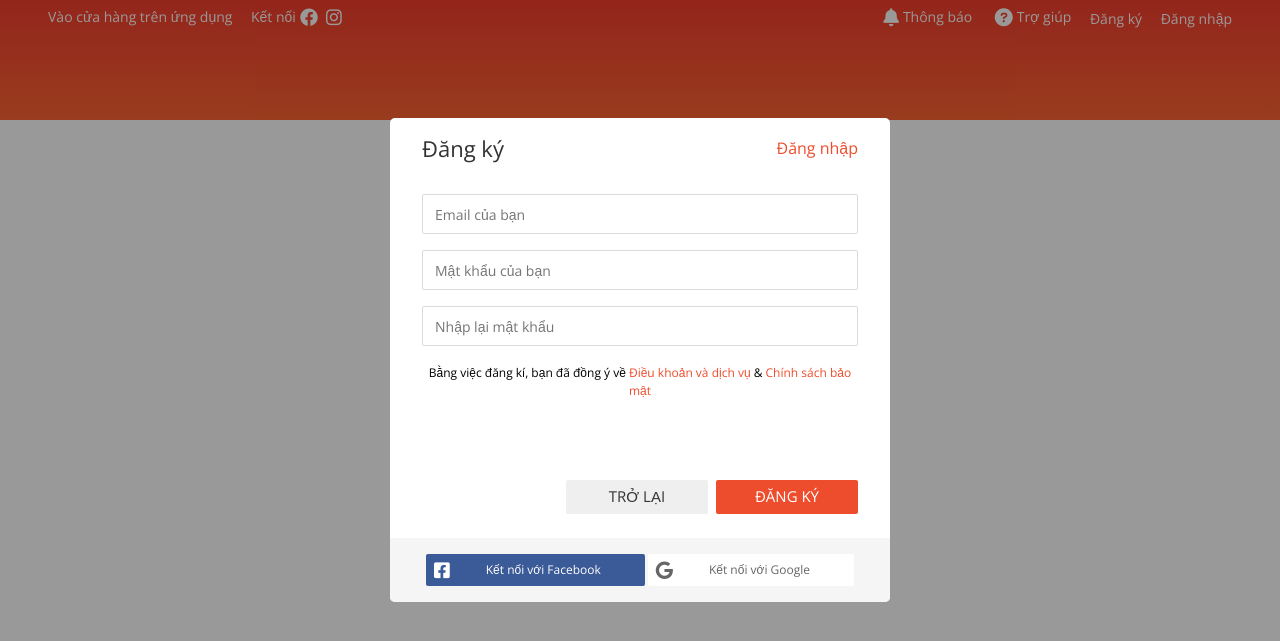
Repository: trongtamdev/Clone-Shopee-Page
Page: index.html
The author's editor kept a copy of each file at every save. The page is drawn from the files as they stood at one save, then again after the next save.
The browser window is 1280 px wide. The pictures show the whole page.

Above is the page before, as saved 2022-07-08 22:21:28.

### index.html
<!DOCTYPE html>
<html lang="en">

<head>
    <meta charset="UTF-8">
    <meta http-equiv="X-UA-Compatible" content="IE=edge">
    <meta name="viewport" content="width=device-width, initial-scale=1.0">
    <title>Document</title>
    <link rel="stylesheet" href="https://cdnjs.cloudflare.com/ajax/libs/normalize/8.0.1/normalize.min.css">
    <link rel="stylesheet" href="assets/css/base.css">
    <link rel="stylesheet" href="assets/css/main.css">
    <link rel="stylesheet" href="assets/fonts/fontawesome-free-6.1.1/css/all.min.css">
    <link href="https://fonts.googleapis.com/css2?family=Open+Sans:wght@300;400;500;700&display=swap" rel="stylesheet">
</head>
    <div class="app">
        <header class="header">
            <div class="grid">
                <nav class="header__navbar">
                    <ul class="header__navbar-list">
                        <li class="header__navbar-item header__navbar-item--has-qr">
                            Vào cửa hàng trên ứng dụng
                            <div class="header__qr">
                                <img src="assets/img/qr_code.png" alt="QR code" class="header__qr-img">
                                <div class="header__qr-apps">
                                    <a href="" class="header__qr-link">
                                        <img src="assets/img/google_play.png" alt="Google play" class="header__qr-download-img">
                                    </a>
                                    <a href="" class="header__qr-link">
                                        <img src="assets/img/app_store.png" alt="App store" class="header__qr-download-img">
                                    </a>
                                </div>
                            </div>
                        </li>
                        <li class="header__navbar-item">
                            <span class="header__navbar-title--no-pointer">Kết nối</span>
                            <a href="" class="header__navbar-icon-link">
                                <i class="header__navbar-icon fa-brands fa-facebook"></i>
                            </a>
                            <a href="" class="header__navbar-icon-link">
                                <i class="header__navbar-icon fa-brands fa-instagram"></i>
                            </a>
                        </li>
                    </ul>

                    <ul class="header__navbar-list">
                        <li class="header__navbar-item">
                            <a href="" class="header__navbar-item-link">
                                <i class="header__navbar-icon fa-solid fa-bell"></i>
                                Thông báo</a>
                        </li>

                        <li class="header__navbar-item">
                            <a href="" class="header__navbar-item-link">
                                <i class="header__navbar-icon fa-solid fa-circle-question"></i>
                                Trợ giúp</a>
                        </li>

                        <li class="header__navbar-item header__navbar-item--strong">Đăng ký</li>
                        <li class="header__navbar-item header__navbar-item--strong">Đăng nhập</li>
                    </ul>
                </nav>
            </div>

        </header>

        <div class="container">

        </div>

        <footer class="footer">

        </footer>
    </div>
    <div class="modal">
        <div class="modal__overlay">

        </div>
        <div class="modal__body">

            <!-- Auth form -->
            <div class="auth-form">
                <div class="auth-form__container">
                    <div class="auth-form__header">
                        <h3 class="auth-form__heading">Đăng ký</h3>
                        <span class="auth-form__switch-btn">Đăng nhập</span>
                    </div>

                    <div class="auth-form__form">
                        <div class="auth-form__group">
                            <input type="text" class="auth-form__input" placeholder="Email của bạn">
                        </div>

                        <div class="auth-form__group">
                            <input type="password" class="auth-form__input" placeholder="Mật khẩu của bạn">
                        </div>

                        <div class="auth-form__group">
                            <input type="password" class="auth-form__input" placeholder="Nhập lại mật khẩu">
                        </div>
                    </div>

                    <div class="auth-form__aside">
                        <p class="auth-form__policy-text">
                            Bằng việc đăng kí, bạn đã đồng ý về
                            <a href="" class="auth-form__text-link">Điều khoản và dịch vụ</a> &
                            <a href="" class="auth-form__text-link">Chính sách bảo mật</a>
                        </p>
                    </div>

                    <div class="auth-form__controls">
                        <button class="btn btn--normal auth-form__controls-back">TRỞ LẠI</button>
                        <button class="btn btn--primary">ĐĂNG KÝ</button>
                    </div>
                </div>

                <div class="auth-form__socials">
                    <a href="" class="btn auth-form__socials--facebook btn--size-s btn--with-icon">
                        <i class="auth-form__socials-icon fa-brands fa-facebook-square"></i>
                        <span class="auth-form__socials-title">
                            Kết nối với Facebook
                        </span>
                    </a>

                    <a href="" class="btn auth-form__socials--google btn--size-s btn--with-icon">
                        <i class="auth-form__socials-icon fa-brands fa-google"></i>
                        <span class="auth-form__socials-title">
                        Kết nối với Google
                        </span>
                    </a>
                </div>
            </div>
        </div>
    </div>
<body>

</body>

</html>

### assets/css/base.css
:root {
    --white-color :#fff;
    --back-color :#000;
    --text-color : #333;
    --primary-color: #EE4D2D;
    --border-color: #dbdbdb;
}

*{
    box-sizing: inherit;
}

html {
    font-size: 62.5%;
    line-height: 1.6rem;
    font-family: 'Open Sans', sans-serif;;
    box-sizing: border-box;
}

.grid {
    width: 1200px;
    max-width: 100%;
    margin: 0 auto;
}

.grid__full-width {
    width: 100%;
}

.grid__row {
    display: flex;
    flex-wrap: wrap
}

/* Animation */
@keyframes fadeIn {
    from {
        opacity: 0;
    }to {
        opacity: 1;
    }
}

/* Modal */

.modal {
    position: fixed;
    top: 0;
    right: 0;
    bottom: 0;
    left: 0;
    display: flex;
}

.modal__overlay {
    position: absolute;
    width: 100%;
    height: 100%;
    background-color: rgba(0, 0, 0, 0.4);
}

.modal__body {
    margin: auto;
    position: relative;
    z-index: 1;
}

/* Button Style */
.btn {
    min-width: 142px;
    height: 34px;
    text-decoration: none;
    border: none;
    border-radius: 2px;
    font-size: 1.5rem;
    padding: 0 12px;
    outline: none;
    cursor: pointer;
    color: var(--text-color);
    display: flex;
    align-items: center;
    justify-content: center;
}

.btn.btn--normal:hover {
    background-color: rgba(0, 0, 0, 0.2);
}

.btn.btn--size-s {
    height: 32px;
    font-size: 12px;
    padding: 0 8px;
}


.btn.btn--primary {
    color: var(--white-color);
    background-color: var(--primary-color);
}

.btn.btn--disabled {
    color: #949494;
    cursor: default;
    background-color: #c3c3c3;
}

### assets/css/main.css
.header {
    height: 120px;
    background-image: linear-gradient(0, #fe6433, #f53e2d);
}

.header__navbar {
    display: flex;
    justify-content: space-between;
}

.header__navbar-list {
    list-style: none;
    padding: 0;
    margin-top: 4px;
}

.header__navbar-item {
    margin: 0 8px;
    position: relative;
    min-height: 26px;
}

.header__navbar-item--has-qr:hover .header__qr {
    display: block;
}

.header__navbar-item,
.header__navbar-item-link{
    display: inline-block;
    font-size: 1.4rem;
    color :var(--white-color);
    text-decoration: none;
    font-weight: 300;
}

.header__navbar-item,
.header__navbar-item-link,
.header__navbar-icon-link {
    display: inline-flex;
    align-items: center;
}

.header__navbar-item:hover,
.header__navbar-item-link:hover,
.header__navbar-icon-link:hover{
    cursor: pointer;
    color: rgba(255, 255, 255, 0.7);
}

.header__navbar-item--strong {
    font-weight: 400;
}


.header__navbar-icon-link {
    color: var(--white-color);
    text-decoration: none;
}

.header__navbar-icon {
    font-size: 1.8rem;
    margin: 0 4px;
}

.header__navbar-title--no-pointer {
    color: var(--white-color);
    cursor: text;
}

/* Header QR code */

.header__qr {
    width: 186px;
    background-color: var(--white-color);
    position: absolute;
    left: 0;
    top: 118%;
    padding: 8px;
    border-radius: 2px;
    display: none;
    animation: fadeIn ease-in 0.5s;
}

.header__qr::before {
    position: absolute;
    left: 0;
    top: -16px;
    width: 100%;
    height: 20px;
    content: "";
    display: block;
}

.header__qr-img {
    width: 100%;
}

.header__qr-apps {
    display: flex;
}

.header__qr-link:nth-child(1) {
    margin-left: 11px;
}

.header__qr-link:nth-child(2) {
    margin-right: 11px;
}

.header__qr-download-img {
    height: 18px;
}


/* Authen Modal */

.auth-form {
    width: 500px;
    background-color: var(--white-color);
    border-radius: 5px;
    overflow: hidden;
}


.auth-form__container {
    padding: 0 32px;
}

.auth-form__header {
    display: flex;
    align-items: center;
    justify-content: space-between;
}

.auth-form__heading {
    font-size: 2.2rem;
    font-weight: 400;
    color: var(--text-color);
}

.auth-form__switch-btn {
    font-size: 1.6rem;
    font-weight: 400;
    color: var(--primary-color);
    cursor: pointer;
}

.auth-form__form {

}

.auth-form__input {
    width: 100%;
    height: 40px;
    margin-top: 16px;
    padding: 0 12px;
    font-size: 1.4rem;
    border: 1px solid var(--border-color);
    border-radius: 2px;
    outline: none;
}

.auth-form__input:focus {
    border-color: #777;
}

.auth-form__aside {
    margin-top: 18px;
}

.auth-form__policy-text {
    font-size: 1.2rem;
    line-height: 1.8rem;
    text-align: center;
    padding: 0 12pxs;
}

.auth-form__text-link {
    text-decoration: none;
    color: var(--primary-color);
}

.auth-form__controls {
    display: flex;
    justify-content: flex-end;
    margin-top: 80px;
}

.auth-form__controls-back {
    margin-right: 8px;
}

.auth-form__socials {
    background-color: #f5f5f5;
    padding: 16px 36px;
    display: flex;
    justify-content: space-between;
    margin-top: 24px;
}

.auth-form__socials-icon {
    font-size: 1.8rem;

}

.auth-form__socials--facebook {
    color: var(--white-color);
    background-color: #3A5A98;
}

.auth-form__socials--facebook
.auth-form__socials-icon {
    color: var(--white-color);
}

.auth-form__socials-title {
    margin: 0 36px;
}

.auth-form__socials--google {
    background-color: var(--white-color);
    color: #666;
}

Loaded but not shown: assets/fonts/fontawesome-free-6.1.1/css/all.min.css (library)

After the next save:
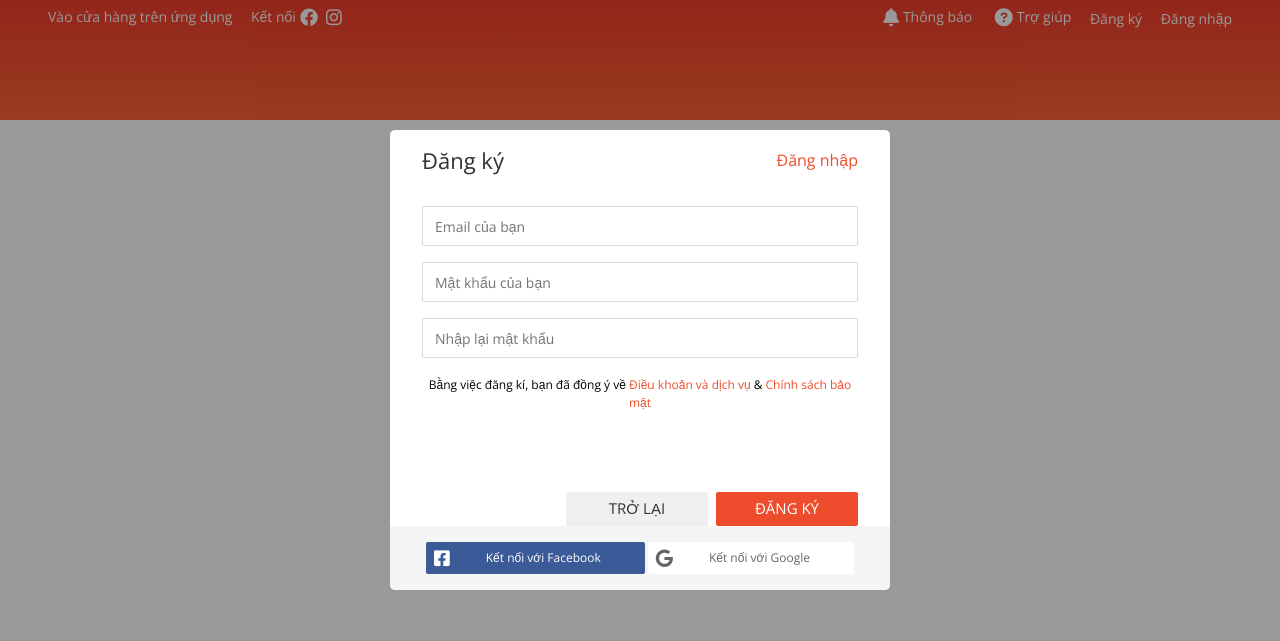
Saved 54 s later.
--- a/assets/css/main.css
+++ b/assets/css/main.css
@@ -195,7 +195,7 @@
     padding: 16px 36px;
     display: flex;
     justify-content: space-between;
-    margin-top: 24px;
+    margin-top: 0px;
 }
 
 .auth-form__socials-icon {
